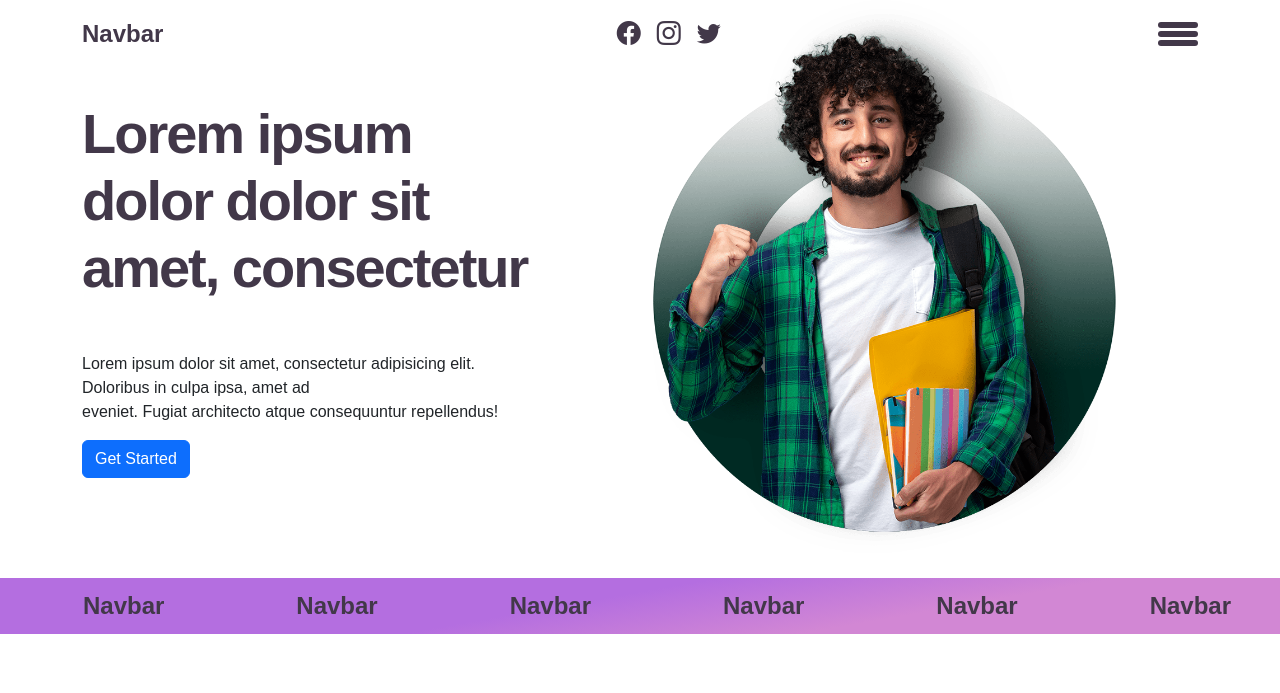
Repository: tagnam/project27012025
Page: index.html
An editor plug-in stored every save of this project. The page is shown before and after a run of saves, followed by the edit.
The browser window is 1280 px wide. The pictures show the whole page.

Above is the page before, as saved 2025-01-27 16:14:31.

After the next 2 saves:
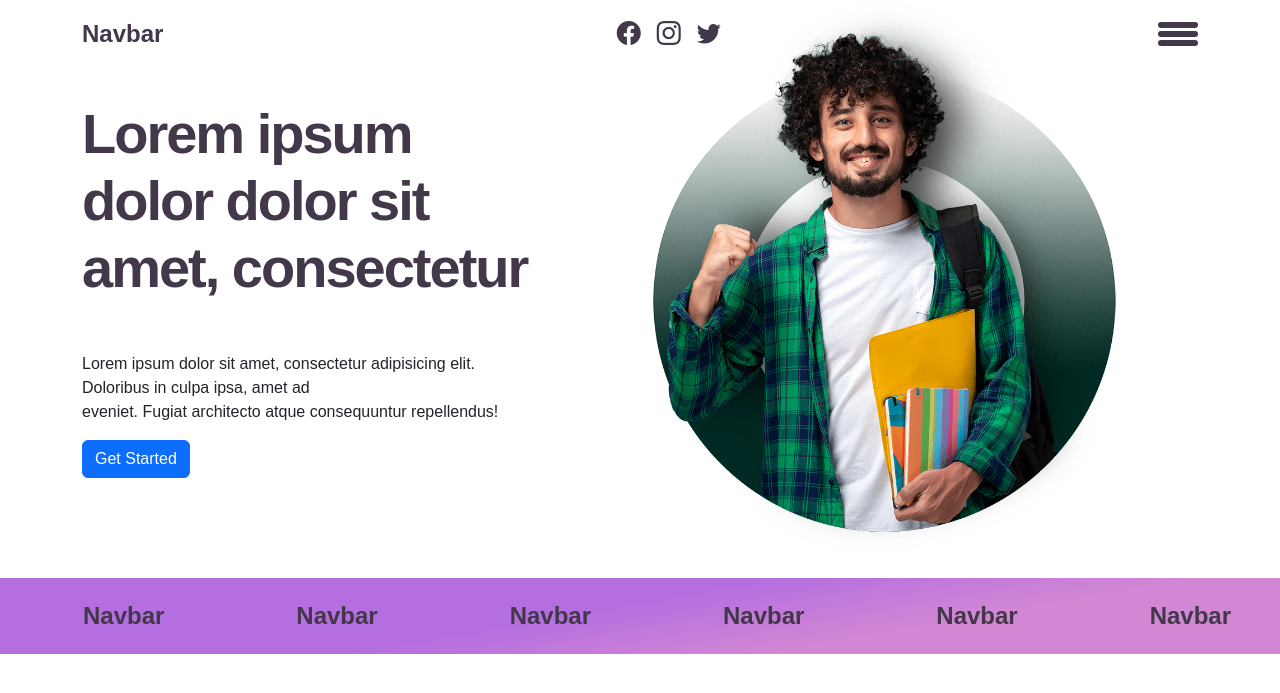
The 2 saves are shown as one change because they came seconds apart.
The last was saved 16 s later.
--- a/style/css/index.css
+++ b/style/css/index.css
@@ -82,7 +82,7 @@ width: 100%;
 
 .client-section{
     background: linear-gradient(-190deg, rgba(180,110,224,1) 45%, rgba(210,135,212,1) 70%);
-    padding: 10px 0px;
+    padding: 20px 0px;
     overflow: hidden;
 }
 
